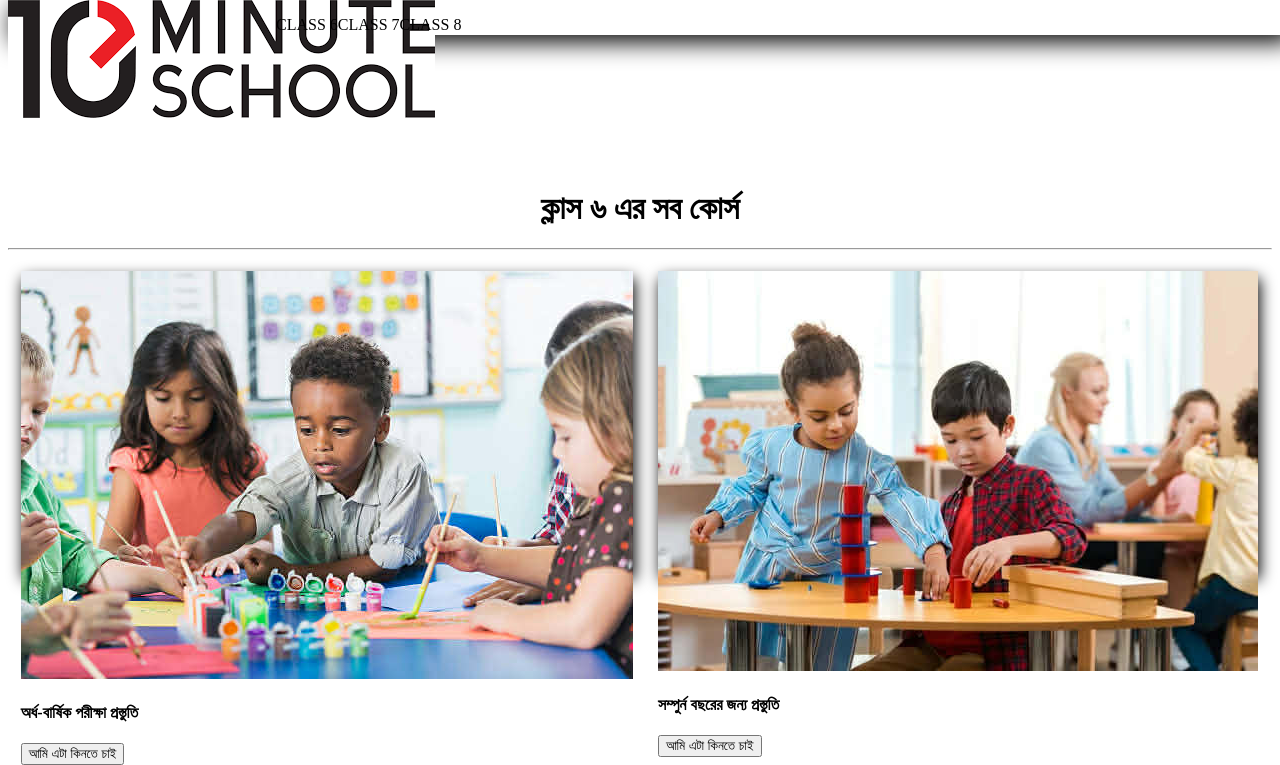
Repository: ridhukhan/10MinuteCourse
Page: /
These files come from the project's save history. The page is drawn as it stood at one moment and after the next save; the edit follows.
The browser window is 1280 px wide. The pictures show the whole page.
The project was rebuilt for these pictures with package versions that can differ from the ones it lists, and the page was loaded fresh each time. Also part of the build but not shown: vite.config.js.

Above is the page before, as saved 2025-12-14 20:01:03.

### index.html
<!doctype html>
<html lang="en">
  <head>
    <meta charset="UTF-8" />
    <link rel="icon" type="image/svg+xml" href="/vite.svg" />
    <meta name="viewport" content="width=device-width, initial-scale=1.0" />
    <title>10minuteschool</title>
  </head>
  <body>
    <div id="root"></div>
    <script type="module" src="/src/main.jsx"></script>
  </body>
</html>

### src/index.css
@media screen and (max-width: 500px){
  *{
    width: 100%;
    padding: 0;
    margin: 0;
  }
}

### src/App.jsx
import { BrowserRouter ,Routes, Route } from "react-router-dom"
import Navber from "./Nav/Navber"
import Home from "./pages/Home"



function App() {

  return (
<div>

<BrowserRouter>
<Navber/>
<Routes>

<Route path="/" element={<Home/>}/>





</Routes>





</BrowserRouter>






</div>
  )
}

export default App

### src/Nav/Navber.jsx
import React from 'react'
import "./Navbar.css"
import mainLogo from "../assets/mainlogo.png"
const Navber = () => {
  return (
    <div className='navBar'>

<div className='navlogo'>
<img src={mainLogo} alt="logo"/>
</div>
<ul>
    <li>CLASS 6</li>
    <li>CLASS 7</li>
    <li>CLASS 8</li>
</ul>
</div>
  )
}

export default Navber

### src/pages/Home.jsx
import React from 'react'
import Class6c from '../Component/Class6c'

const Home = () => {
  return (
    <div>



        <h1 style={{justifyContent:"center", textAlign:"center" ,marginTop:"15%"}}>ক্লাস ৬ এর সব কোর্স</h1>
    <hr />
    <Class6c/>

    </div>
  )
}

export default Home

### src/Nav/Navbar.css
.navBar{
width: 100%;
display: flex;
z-index: 1000;
position: fixed;
top: 0;
height: 35px;
box-shadow: 4px 7px 25px;
}
.navBar .navlogo{
    width: 100px;
    height: 100px;
}
.navBar ul{
    display: flex;
    margin-left: 10%;
}
.navBar ul li{
    list-style: none;
}

### src/Component/Class6c.jsx
import React from 'react'
import "./Class6c.css"
import class61 from '../assets/class61.jpeg'
import class62 from '../assets/class62.jpeg'
const Class6c = () => {
  return (
    <div className='class6main'>
<div className='class61i'>
  <div>
    <img src={class61} alt="class61" />
   </div>
  <div className='class61t'>
    <h4>অর্ধ-বার্ষিক পরীক্ষা প্রস্তুতি</h4>
    <button>আমি এটা কিনতে চাই</button>
  </div>
</div>

<div className='class62i'>
<div>
<img src={class62} alt="class62" />
</div>

<div className='class61t'>
<h4>সম্পুর্ন বছরের জন্য  প্রস্তুতি</h4>
<button>আমি এটা কিনতে চাই</button>
</div>
</div>



    </div>
  )
}

export default Class6c

### src/Component/Class6c.css
.class6main{
    display: flex;
    height: 40vh;
    width: 100%;

}
.class6main .class61i{
    height: 42vh;
    margin: 1%;
   box-shadow: 2px 7px 15px black;
   border-radius: 4px;
}
.class6main .class62i{
      height: 42vh;
    margin: 1%;
   box-shadow: 2px 7px 15px black;
   border-radius: 4px;

}

Loaded but not shown: src/main.jsx (common file)

After the next save:
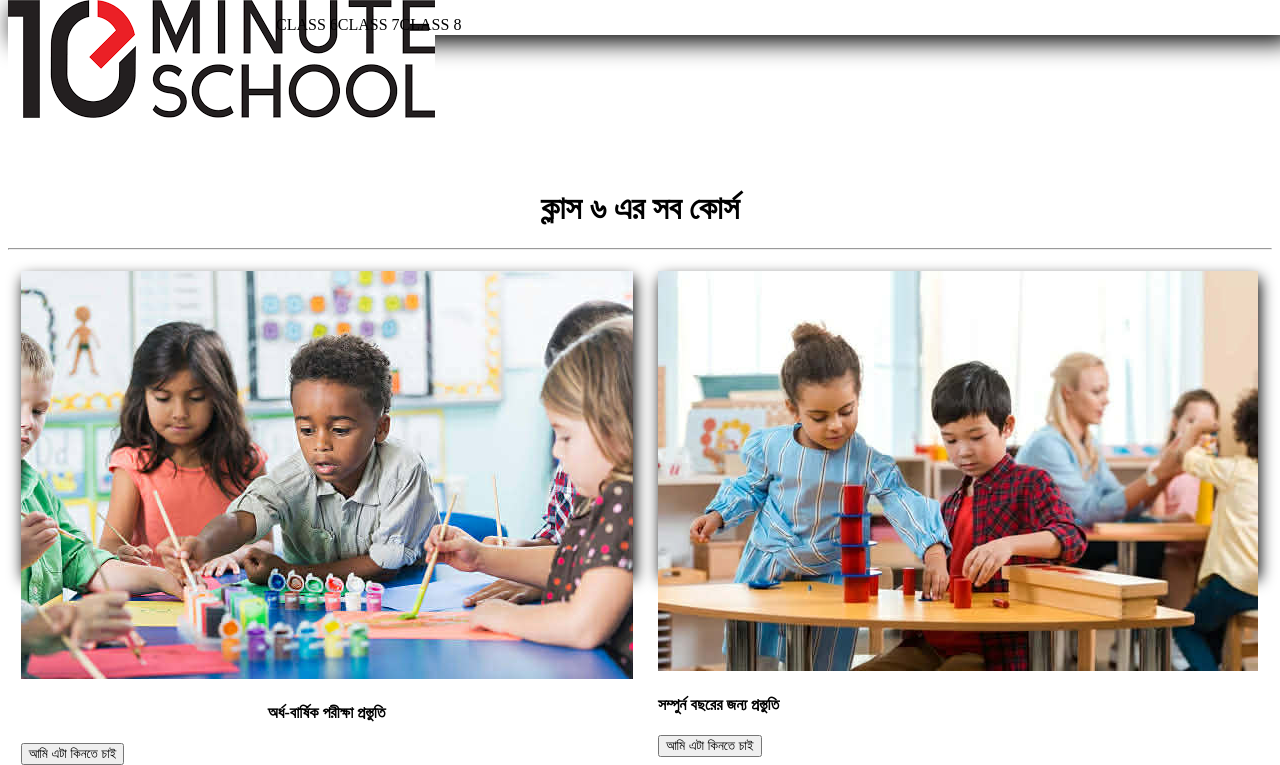
Saved 66 s later.
--- a/src/Component/Class6c.css
+++ b/src/Component/Class6c.css
@@ -17,3 +17,6 @@
    border-radius: 4px;
 
 }
+.class61i h4{
+    text-align: center;
+}
